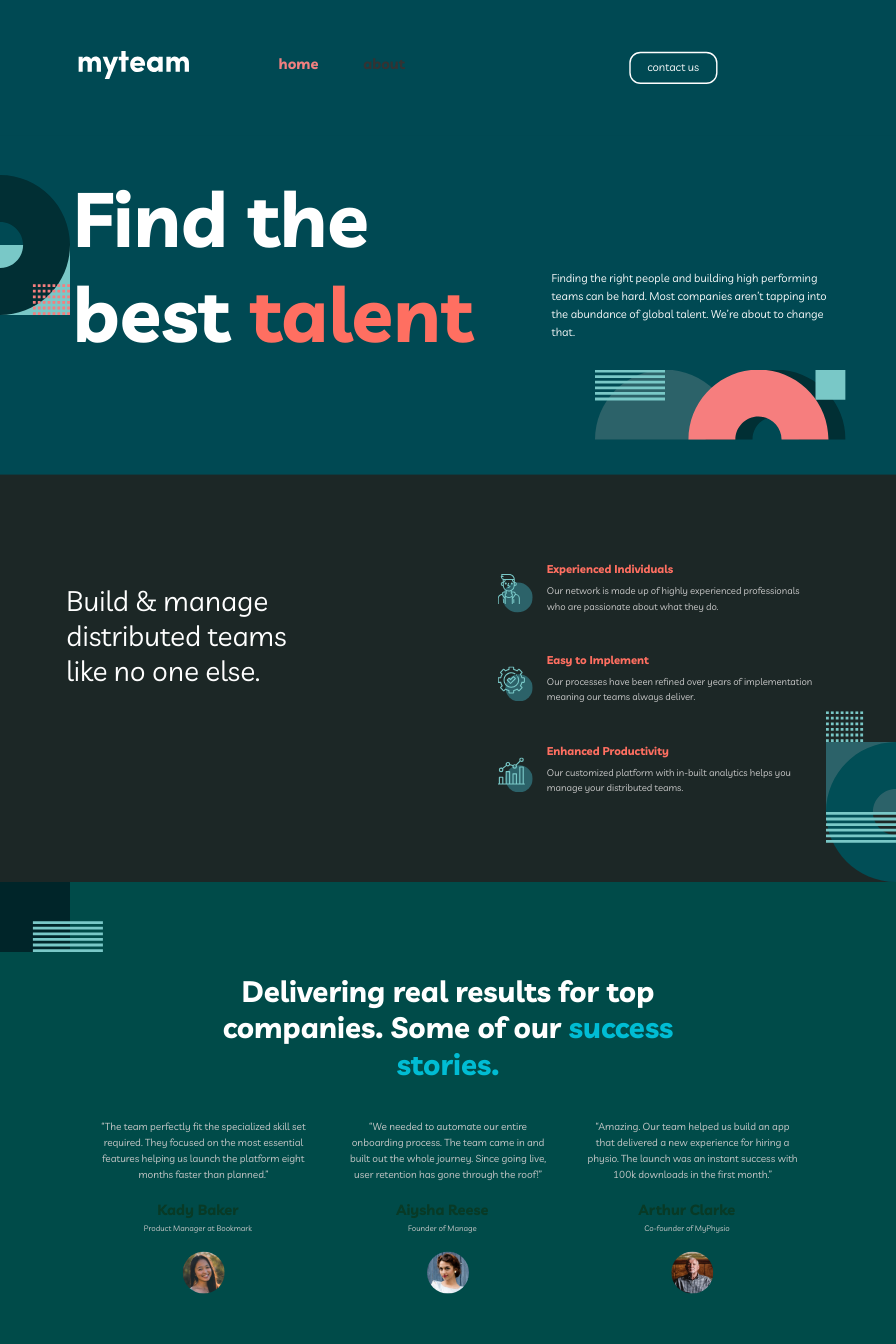
Repository: Gabriel221-dev/Project-page-main
Page: /
These files come from the project's save history. The page is drawn as it stood at one moment and after the next save; the edit follows.
The browser window is 1280 px wide. The pictures show the part of the page from y = 0 to 1920 px (the page is 2612 px tall), at 70% of full size.
The project was rebuilt for these pictures with package versions that can differ from the ones it lists, and the page was loaded fresh each time. Also part of the build but not shown: vite.config.js, src/pages/About.css, src/components/DirectorCard.css, src/components/DirectorCard.jsx, src/pages/About.jsx, src/pages/Contact.css, src/pages/Contact.jsx.

Above is the page before, as saved 2024-07-23 18:29:23.

### src/App.jsx
import { BrowserRouter as Router, Route, Routes } from "react-router-dom";
import Home from "./pages/Home";
import About from "./pages/About";
import Contact from "./pages/Contact";
import Header from "./components/Header";
import Footer from "./components/Footer";
import "./styles/global.css";

const App = () => {
  return (
    <Router>
      <Header />
      <main>
        <Routes>
          <Route path="/" element={<Home />} />
          <Route path="/about" element={<About />} />
          <Route path="/contact" element={<Contact />} />
        </Routes>
      </main>
      <Footer />
    </Router>
  );
};

export default App;

### src/components/Header.jsx
import { useState } from "react";
import { NavLink } from "react-router-dom";
import { FaBars } from "react-icons/fa";
import Sidebar from "./Sidebar";
import "./Header.css";
import { IconContext } from "react-icons";

const Header = () => {
  const [isSidebarToggled, setSidebarToggled] = useState(false);

  const handleToggle = () => {
    setSidebarToggled((prev) => !prev);
  };

  return (
    <>
      <IconContext.Provider value={{ color: "#fff" }}>
        <header className="header">
          <nav className="header__nav">
            <NavLink className="header__brand" to="/">
              <img
                className="header__logo"
                src="/Imagez/logo.svg"
                alt="Logo"
                loading="eager"
                width="160"
              />
            </NavLink>

            <ul className="header__navigation">
              <li className="header__link">
                <NavLink
                  className={({ isActive }) =>
                    isActive
                      ? "header__anchor header__anchor--active"
                      : "header__anchor"
                  }
                  to="/"
                >
                  home
                </NavLink>
              </li>
              <li className="header__link">
                <NavLink
                  className={({ isActive }) =>
                    isActive
                      ? "header__anchor header__anchor--active"
                      : "header__anchor"
                  }
                  to="/about"
                >
                  about
                </NavLink>
              </li>

              <NavLink className="header__btn" to="/contact">
                contact us
              </NavLink>
            </ul>

            <button
              className="header__menu"
              title="Toggle Menu"
              onClick={handleToggle}
            >
              <FaBars />
            </button>
          </nav>
          <Sidebar isOpen={isSidebarToggled} onToggle={handleToggle} />
        </header>
      </IconContext.Provider>
    </>
  );
};

export default Header;

### src/styles/global.css
@import url('https://fonts.googleapis.com/css2?family=Livvic:ital,wght@0,400;0,500;0,600;0,700;1,400;1,500;1,600;1,700&display=swap');/* Reset some default browser styles */
* {
    margin: 0;
    padding: 0;
    box-sizing: border-box;
  }

  body {
    font-family: "Livvic", sans-serif;
    line-height: 1.6;
    color: #333;
    background-color: #004953;
    margin: 0;
    padding: 0;
  }

  /* Headings */
  h1, h2, h3, h4, h5, h6 {
    margin-bottom: 1rem;
    line-height: 1.25;
  }

  h1 {
    font-size: 2.5rem;
  }

  h2 {
    font-size: 2rem;
  }

  h3 {
    font-size: 1.75rem;
  }

  h4 {
    font-size: 1.5rem;
  }

  h5 {
    font-size: 1.25rem;
  }

  h6 {
    font-size: 1rem;
  }

  /* Paragraphs */
  p {
    margin-bottom: 1rem;
  }

  /* Links */
  a {
    color: #007BFF;
    text-decoration: none;
  }

  a:hover {
    text-decoration: underline;
  }

  /* Images */
  img {
    max-width: 100%;
    height: auto;
  }

  /* Forms */
  input, textarea, button {
    font-family: inherit;
    font-size: inherit;
  }

  input, textarea {
    width: 100%;
    padding: 0.5rem;
    margin-bottom: 1rem;
    border: 1px solid #ccc;
    border-radius: 4px;
  }

  button {
    padding: 0.5rem 1rem;
    background-color: #007BFF;
    color: #fff;
    border: none;
    border-radius: 4px;
    cursor: pointer;
  }

  button:hover {
    background-color: #0056b3;
  }

  /* Utility Classes */
  .container {
    max-width: 1200px;
    margin: 0 auto;
    padding: 0 1rem;
  }

  .text-center {
    text-align: center;
  }

  .mt-1 {
    margin-top: 1rem;
  }

  .mb-1 {
    margin-bottom: 1rem;
  }

  .mt-2 {
    margin-top: 2rem;
  }

  .mb-2 {
    margin-bottom: 2rem;
  }

  .mt-3 {
    margin-top: 3rem;
  }

  .mb-3 {
    margin-bottom: 3rem;
  }

  .mt-4 {
    margin-top: 4rem;
  }

  .mb-4 {
    margin-bottom: 4rem;
  }

  .mt-5 {
    margin-top: 5rem;
  }

  .mb-5 {
    margin-bottom: 5rem;
  }

### src/components/ContactBanner.jsx
import { Link } from "react-router-dom";
import "./ContactBanner.css";

const ContactBanner = () => {
  return (
    <div className="banner">
      <div className="banner__content">
        <h1 className="banner__title">Ready to get started?</h1>
        <Link to="/contact" className="banner__btn">
          contact us
        </Link>
      </div>
    </div>
  );
};

export default ContactBanner;

### src/pages/Home.css
/* Variables */
:root {
    --midnight-green: #004d40;
    --light-coral: #ff6f61;
    --rapture-blue: #00bcd4;
    --deep-jungle-green: #002b22;
    --sacramento-state-green: #003b36;
  }

  /* Main styles */
  /* .home {
    padding: 10px;
  } */

  .find {

    display: flex;
    align-items: center;
    justify-content: center;
    padding: 50px 0;
    position: relative;
    background-image: url('/Imagez/bg-pattern-home-1.svg');
    background-repeat: no-repeat;
    background-position: left -100px top 56px;
  }

  @media only screen and (max-width: 768px) {
    .find {
      background-image: none;
    }
  }

  .find__content {
    display: flex;
    flex-direction: row;
    align-items: center;
    justify-content: center;
    text-align: left;
    color: white;
    background-image:url('/Imagez/bg-pattern-home-2.svg');
    background-repeat: no-repeat;
    background-position: right bottom ;
  }

  @media only screen and (max-width: 768px) {
    .find__content {
      flex-direction: column;
    }
  }

  .find__title {
    font-size: 6.8rem;
    margin-bottom: 4rem;
    padding-left: 2rem;
    padding-bottom: 3rem;
    flex: 1;
    max-width: 700px;
  }

  @media only screen and (max-width: 768px) {
    .find__title {
      text-align: center;
      margin: 0 auto;
      font-size: 2rem;
    }
  }

  .find__title--coral {
    color: var(--light-coral);
  }

  .find__description {
    font-size: 1rem;
    padding: 2rem 0.5rem;
    margin: 1rem 0.5rem;
    max-width: 420px;
    flex: 1;
  }

  @media only screen and (max-width: 768px) {
    .find__description {
      text-align: center;
      margin: 0 auto;
      font-size: 1rem;
    }
  }

  .build {
    background-color: #1c2726;
    padding: 50px 0;
    display: flex;
    height: 100%;
    align-items: center;
    justify-content: center;
    position: relative;
    background-image: url('/Imagez/bg-pattern-home-3.svg');
    background-repeat: no-repeat;
    background-position: right -100px bottom;
  }

  @media only screen and (max-width: 768px) {
    .build {
      background-position: right -100px top;
      flex-direction: column;
    }
  }

  .build__content {
    display: flex;
    flex-direction: row;
    align-items: flex-start;
    justify-content: space-between;
    max-width: 1200px;
    width: 100%;
    margin-top: 1rem;
    padding: 1.8rem;
  }

  @media only screen and (max-width: 768px) {
    .build__content {
      flex-direction: column;
    }
  }

  .build__title {
    font-size: 2.5rem;
    font-weight: bold;
    color: #fff;
    margin: 10px -24px;
    flex: 1;
    max-width: 420px;
    padding: 50px;
    text-align: left;
    font-weight: 200;
  }

  @media only screen and (max-width: 768px) {
    .build__title {
      margin-bottom: 20px;
      text-align: left;
      padding: 1rem;
      width: 250px;
      font-size: 2rem;
      text-align: left;
      justify-content: flex-start;
    }
  }

  .build__items {
    font-size: 0.5rem;
    display: flex;
    flex-direction: column;
    flex: 1;
    margin: 10px 50px;
    max-width: 450px;
  }

  @media only screen and (max-width: 768px) {
    .build__items {
      max-width: 100%;
    }
  }

  .build__item {
    display: flex;
    align-items: center;
    margin: 20px 0;
    text-align: left;
  }

  @media only screen and (max-width: 768px){
    .build__item{
      flex-direction: column;
      align-items: center;
    }
  }

  .build__icon {
    width: 50px;
    margin-right: 20px;

  }

  @media only screen and (max-width: 768px) {
    .build__icon {
      margin-bottom: 10px; /* Space between icon and text */
    }
  }

  .build__text h3 {
    font-size: 1rem;
    color: #ff6f61;
    font-weight: bold;
    margin-bottom: 10px;
  }

  @media screen and (max-width:768px){
    .build__text h3{
      padding: 1rem;
      font-size: 1rem;
      text-align: center;

    }
  }

  .build__text p {
    font-size: 0.85rem;
    color: #ccc;
    margin-top: 0;
  }

  @media screen and (max-width:768px){
    .build__text p{
      padding-bottom: .5rem;
      font-size: .8rem;
      width: 340px;
      text-align: center;
    }
  }

  .delivering {
    background-color: #004b49;
    padding: 50px 0px;
    position: relative;
    background-image:url(/Imagez/bg-pattern-home-4-about-3.svg), url(/Imagez/bg-pattern-home-5.svg);
    background-repeat: no-repeat;
    background-position: left top, right bottom;
    width: auto;
  }

  .delivering__content {
    text-align: center;
    max-width: 1000px;
    margin: 0 auto;
    grid-column: center-start / center-end;
    grid-row: 2 / 3;
    display: grid;
    grid-template-rows: 140px repeat(2, auto) 140px;
  }

  @media only screen and (max-width: 768px) {
    .delivering__content {
      grid-template-rows: 100px repeat(2, auto) 100px;
    }
  }

  .delivering__title {
    font-size: 41.9px;
    font-weight: bold;
    color: #fff;
    text-align: center;
    max-width: 49.5rem;
    height: 170px;
    margin-left: auto;
    margin-right: auto;
    margin-top: 79px;
    /* background-color:greenyellow; */
  }

  @media only screen and (max-width: 768px) {
    .delivering__title {
      margin-top: 4.8rem;
      font-size: 1.9rem;
      display: block;
      max-width: 550px;
      margin-bottom: 60px;
      padding: 1.5rem;
    }
  }

  .delivering__title--rapture-blue {
    color: var(--rapture-blue);
  }

  .delivering__quotes {
    justify-content: center;
    grid-row: 3 / 4;
    display: grid;
    grid-template-columns: repeat(3, 1fr);
    column-gap: 3rem;
    margin-top: 2rem;
    height: 350px;
    max-width: 1000px;
    margin-top: 8rem;
  }

  @media only screen and (max-width: 768px) {
    .delivering__quotes {
      grid-template-columns: 1fr;
      grid-template-rows: repeat(3, min-content);
      column-gap: 0;
      row-gap: 2.5rem;
      padding: 2.5rem;
      margin-top: 6.8rem;
    }
  }

  .delivering__quote {
    text-align: center;
    display: flex;
    flex-direction: column;
    justify-content: space-between;
    height: 100%;
        margin-left: auto;
    margin-right: auto;
  }

  .delivering__quote p {
    font-size: .9rem;
    color: #ccc;
    display: -webkit-box;
    -webkit-box-orient: vertical;
    -webkit-line-clamp: 4;
    overflow: hidden;
    text-overflow: ellipsis;
    margin-top: 20px;
  }

  .delivering__quote h3 {
    font-size: 1.3rem;
    color: #083a26;
    margin:-8rem 2rem -3rem 1rem;
  }

  .delivering__quotes .name__tag {
    font-size: .7rem;
    margin:-5rem 1rem -2rem 0rem;
  }

  .delivering__quote img {
    width: 60px;
    height: 60px;
    border-radius: 50%;
    align-self: center;
    margin: -5rem 0rem 5rem 0rem ;
  }


  @media only screen and (max-width: 768px) {
    .delivering__quotes {
      grid-template-columns: 1fr;
      grid-template-rows: repeat(3, min-content);
      column-gap: 0;
      row-gap: 2.5rem;
      padding: 2.5rem;
      height: auto
    }

    .delivering__quote {
      height: auto; /* Adjust height for smaller screens */
    }

    .delivering__quote p {
      -webkit-line-clamp: 3; /* Limits the text to 3 lines on smaller screens */
    }

    .delivering__quote h3, p{
      margin: .5rem;
    }

    .delivering__quote .name__tag{
      margin: -4px;
    }

    .delivering__quote img{
      margin: 15px;
    }
  }

### src/components/Sidebar.jsx
import PropTypes from "prop-types";
import { useNavigate } from "react-router-dom";
import { AiOutlineClose } from "react-icons/ai";
import "./Sidebar.css";
import { IconContext } from "react-icons";

const Sidebar = ({ isOpen, onToggle }) => {
  const navigate = useNavigate();

  const handleNavigate = (path) => {
    navigate(path);
    onToggle();
  };

  return (
    <IconContext.Provider value={{ color: "#fff" }}>
      <div className={`sidebar ${isOpen ? "sidebar--open" : ""}`}>
        <div className="sidebar__overlay" onClick={onToggle}></div>
        <div className="sidebar__content">
          <div className="sidebar__header">
            <button
              className="sidebar__close"
              title="Close Menu"
              onClick={onToggle}
            >
              <AiOutlineClose />
            </button>
          </div>

          <ul className="sidebar__navigation">
            <li className="sidebar__link">
              <button
                className="sidebar__anchor"
                onClick={() => handleNavigate("/")}
              >
                home
              </button>
            </li>
            <li className="sidebar__link">
              <button
                className="sidebar__anchor"
                onClick={() => handleNavigate("/about")}
              >
                about
              </button>
            </li>
          </ul>

          <button
            className="sidebar__btn"
            onClick={() => handleNavigate("/contact")}
          >
            contact us
          </button>
        </div>
      </div>
    </IconContext.Provider>
  );
};

Sidebar.propTypes = {
  isOpen: PropTypes.bool.isRequired,
  onToggle: PropTypes.func.isRequired,
};

export default Sidebar;

### src/components/Header.css
.header {
    background-color: #004953;
    height: 194px;
    display: flex;
    justify-content: space-between;
    align-items: center;
    padding: 1rem 7rem;
  }

  @media only screen and (max-width: 850px) {
    .header {
      height: 150px;
      /* background-color:red; */
      align-items:left;
    }
  }

  @media only screen and (max-width: 576px) {
    .header {
      height: 128px;
    }
  }

  .header__nav {
    /* display: flex;
    align-items: center;
    gap: 8rem; */
    grid-column: center-start / center-end;
    display: grid;
    grid-template-columns: max-content 1fr max-content;
    align-items: center;
    column-gap: 8rem;

    @media only screen and (max-width: 768px) {
      column-gap: 4rem;
    }

    @media only screen and (max-width: 576px) {
        grid-template-columns: repeat(2, 1fr);
        column-gap: 0;
    }
  }

  .header__logo {
    max-width: 158px;

    @media only screen and (max-width: 768px) {
      margin-right: 14rem;
      margin-left: -5rem;
    }
  }

  .header__navigation {
    list-style: none;
    display: flex;
    margin: 0;
    padding: 0;
    text-decoration: none;

    @media only screen and (max-width: 820px) {
      display: none;
    }
  }

  .header__link {
    margin-right: 4rem;
    text-decoration: none;
  }

  /* .header:last-child {
    margin-right: 0;
  } */

  .header__anchor {
    font-size: 1.3rem;
    text-decoration: none;
    color: #333;
    font-weight: bold;
  }

  .header__anchor:hover{
    text-decoration: none;
  }

  .header__anchor--active {
    color: #f08080;
}

  .header__btn {
    background-color: transparent;
    border: 2px solid #fff;
    border-radius:16px;
    color: #fff;
    padding: 0.5rem 1.5rem;
    margin-left: 16rem;
    text-decoration: none;
    display: inline-block;
    cursor: pointer;
    justify-self: end;

    @media only screen and (max-width: 820px) {
      display: none;
    }
  }

  .header__btn:hover{
    background-color:white;
    color:#004953;
    text-decoration: none;
    border-radius:16px;
    transform: scale(1.05);
    transition: transform 0.6s ease-in-out, border-bottom 0.6s ease;
  }

  .header__menu {
    display: none;

    @media only screen and (max-width: 820px) {
      display: flex;
      width: 50px;
      height: 28px;
      padding: .1rem;
      border: 0;
      outline: 0;
    }
  }

  .header__menu:hover{
    background:none;
  }

### src/components/ContactBanner.css
.banner {
    background-color: #f08080;
    height: 200px;
    display: grid;
    column-gap: 3rem;
    align-items: center;
    align-content: center;
    background-image:url(/Imagez/bg-pattern-home-6-about-5.svg);
    background-repeat: no-repeat;
    background-position: left bottom;

    @media only screen and (max-width: 768px) {
      height: 302px;
    }
  }

  .banner__content {
    grid-column: 2 / 10;
    display: grid;
    grid-template-columns: repeat(12, 1fr);
    align-items: center;
    grid-column: center-start / center-end;
    column-gap: 3rem;

    @media only screen and (max-width: 768px) {
      grid-template-rows: repeat(2, min-content);
      grid-template-columns: 1fr;
      column-gap: 0;
      row-gap: 2.4rem;
      text-align: center;
    }
  }

  .banner__title {
    color: #1b4332;
    margin: 1rem;
    grid-column:1 / 7;


    @media only screen and (max-width: 768px) {
      grid-column: 2 / 9;
    }

    @media only screen and (max-width: 480px) {
      grid-column: 1 / 2;
    }
  }

  .banner__btn {
    grid-column: 10 / -1;
    background-color: green;
    color: #ffffff;
    margin: 1rem;
    border-radius: 1rem;
    padding-left: 3.5rem;


    @media only screen and (max-width: 768px) {
        grid-column: 9 / -1;
      margin: auto;
      padding: .5rem;
    }
  }

  /* New styles for mobile layout */
  @media only screen and (max-width: 480px) {
    .banner__content {
      grid-template-columns: auto; /* Remove explicit row heights */
      text-align: center; /* Center align content on smaller screens */
    }

    .banner__title {
      grid-column: 1 / -1; /* Span across all columns */
      margin-bottom: 1rem; /* Add space between title and button */
    }
  }

### src/components/Sidebar.css
.sidebar {
    display: none;
    width: 100%;
    height: 100%;
    position: fixed;
    top: 0;
    left: 0;
    z-index: 100;
    transition: all 0.3s ease;
  }

  .sidebar--open {
    display: grid;
    grid-template-columns: 1fr min-content;
  }

  .sidebar__overlay {
    grid-column: 1 / -1;
    grid-row: 1 / 2;
    background-color: rgba(0, 0, 0, 0.5);
    transition: background-color 0.3s ease;

  }

  .sidebar__content {
    grid-column: 2 / 3;
    grid-row: 1 / 2;
    background-color: #194c4c;
    width: 250px;
    display: grid;
    grid-template-rows: 128px repeat(2, min-content);
    grid-template-columns: 48px 1fr 25px;
    transition: width 0.3s ease;
    background-image: url(/Imagez/bg-pattern-about-1-mobile-nav-1.svg);
    background-repeat: no-repeat;
    background-position: right -100px bottom;
    transition: width .4s ease;

  }

  .sidebar__header {
    grid-column: 2 / 3;
    justify-self: end;
    align-self: center;
  }

  .sidebar__close {
    background-color:#194c4c ;
    width: 30px;
    border: 0;
    outline: 0;
  }

  .sidebar__close:hover{
    background-color:#194c4c;
  }

  .sidebar__navigation {
    grid-column: 2 / 3;
    list-style: none;
    margin: 0;
    padding: 0;
  }

  .sidebar__link {
    margin-bottom: 2.4rem;
  }

  .sidebar__anchor {
    font-size: 1.1rem;
    color: #fff;
    background: transparent;
    border: none;
    text-decoration: none;
    cursor: pointer;
  }

  .sidebar__anchor:hover{
    background:none;
  }

  .sidebar__btn {
    grid-column: 2 / 3;
    background-color: transparent;
    border: 1px solid #fff;
    color: #fff;
    padding: 0.5rem 1rem;
    text-decoration: none;
    display: inline-block;
    cursor: pointer;
    width: 159px;
  }

  .sidebar__btn:hover{
    background:white;
    color:#194c4c;
    transform: scale(1.05);
    transition: transform 0.3s ease-in-out, border-bottom 0.6s ease;
  }

  .sidebar--open .sidebar__overlay {
    background-color: rgba(0, 0, 0, 0.5);
  }

  .sidebar--open .sidebar__content {
    width: 250px;
  }

  @media (max-width: 768px) {
    .header__menu {
      display: grid;
      background-color: transparent;
      width: 24px;
      border: 0;
      outline: 0;
      justify-self: end;
      align-self: center;
      margin-left: auto;
    }
  }

Loaded but not shown: index.html (common file); src/main.jsx (common file); src/pages/Home.jsx (120 lines, source omitted); src/components/Footer.jsx (89 lines, source omitted); src/components/Footer.css (209 lines, source omitted)

After the next save:
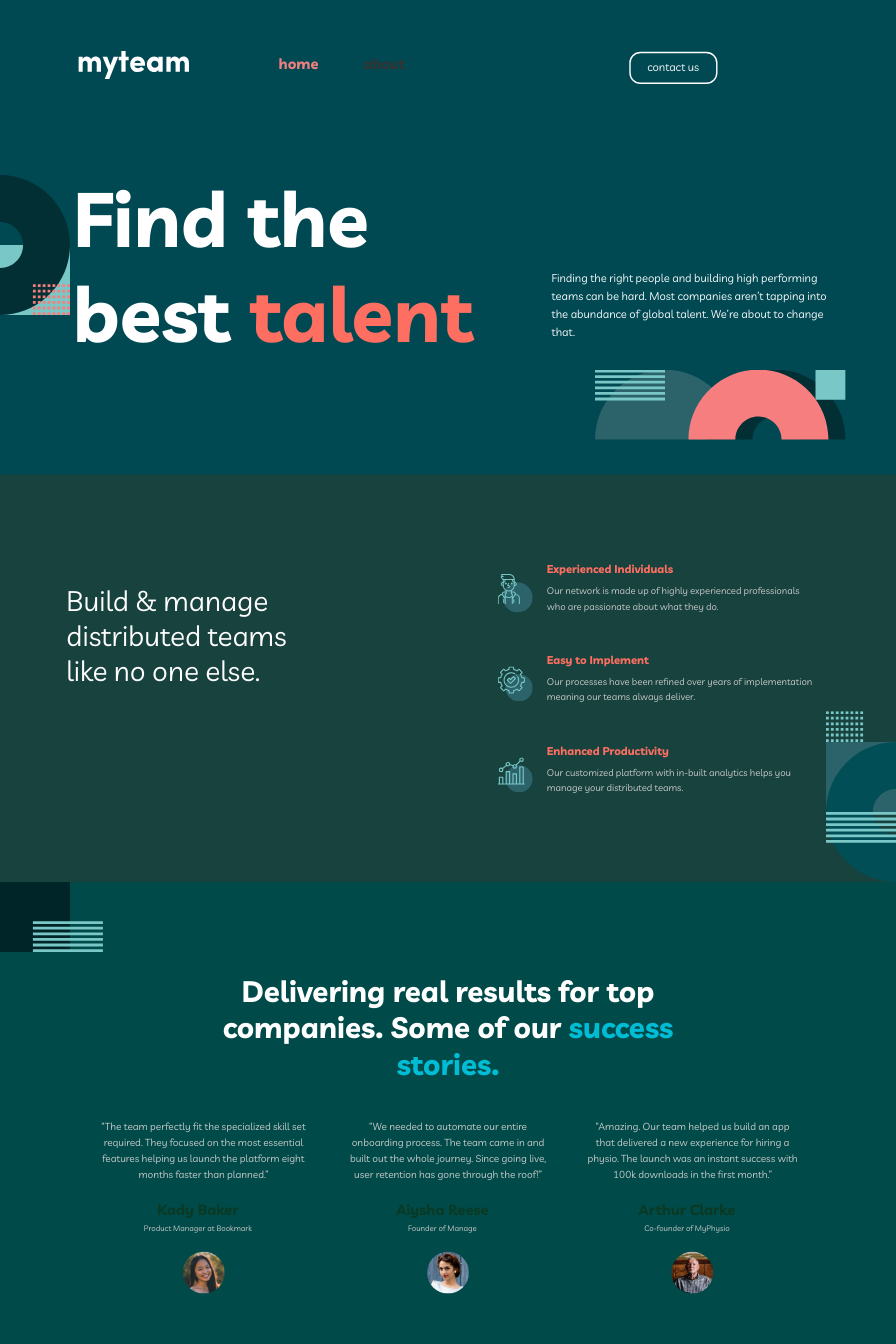
Saved 43 s later.
--- a/src/pages/Home.css
+++ b/src/pages/Home.css
@@ -86,7 +86,7 @@
   }
 
   .build {
-    background-color: #1c2726;
+    background-color: #17423e;
     padding: 50px 0;
     display: flex;
     height: 100%;
